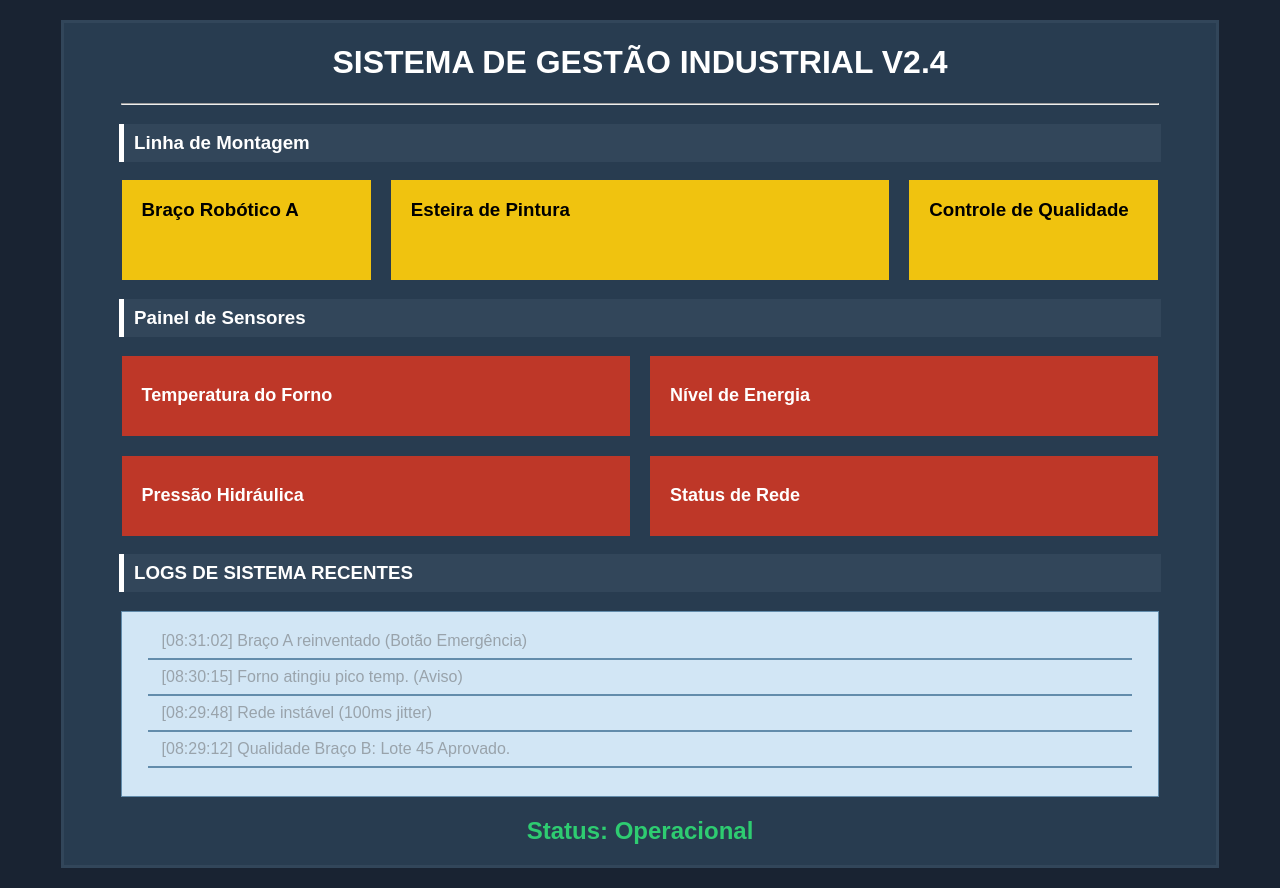
Repository: DanielEDapper/Front-WEG
Page: ProfeIgor/Aula5 - Dashboard Industrial/index.html
An editor plug-in stored every save of this project. The page is shown before and after a run of saves, followed by the edit.
The browser window is 1280 px wide. The pictures show the whole page.
Some icons come from a web library that is not loaded, so they are not drawn.

Above is the page before, as saved 2026-05-29 20:10:33.

After the next 5 saves:
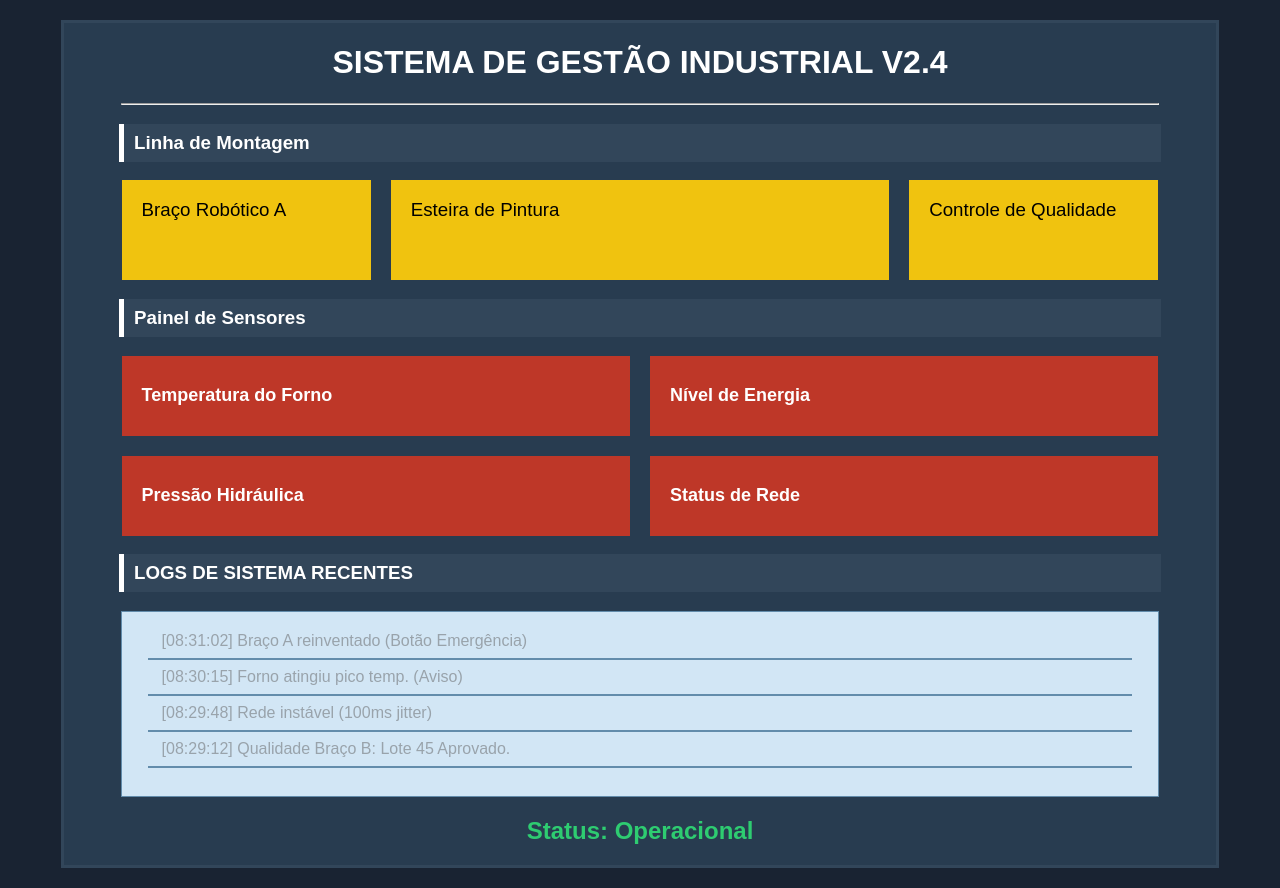
The 5 saves are shown as one change because they came seconds apart.
The last was saved 2 min 40 s later.
--- a/ProfeIgor/Aula5 - Dashboard Industrial/style.css
+++ b/ProfeIgor/Aula5 - Dashboard Industrial/style.css
@@ -69,6 +69,7 @@ hr{
 
 .card h3{
     padding: 0px 0px 0px 20px;
+    font-weight: 100;
 }
 
 .card i{
